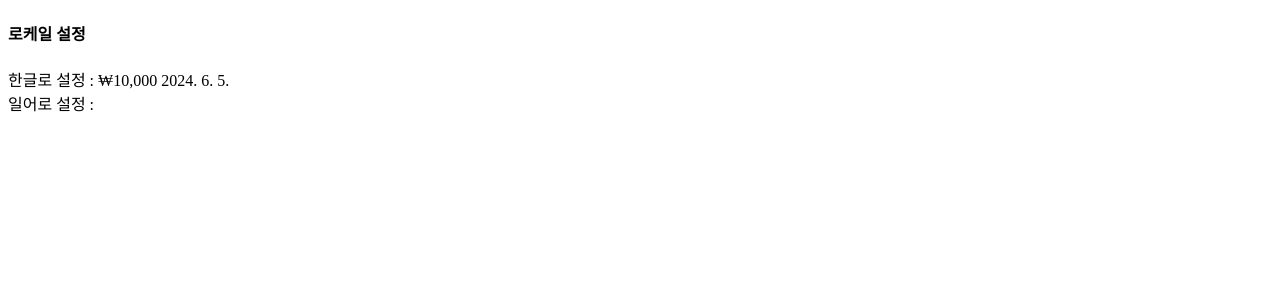
Repository: Park-Dongheon/Servlet-JSP_Training
Page: http://localhost/MustHaveJSP/11JSTL/etc/Fmt3.jsp
The author's editor kept a copy of each file at every save. The page is drawn from the files as they stood at one save, then again after the next save.
The browser window is 1280 px wide. The pictures show the whole page.
The page is served by Tomcat 10.

Above is the page before, as saved 2024-06-24 08:42:14.

After the next save:
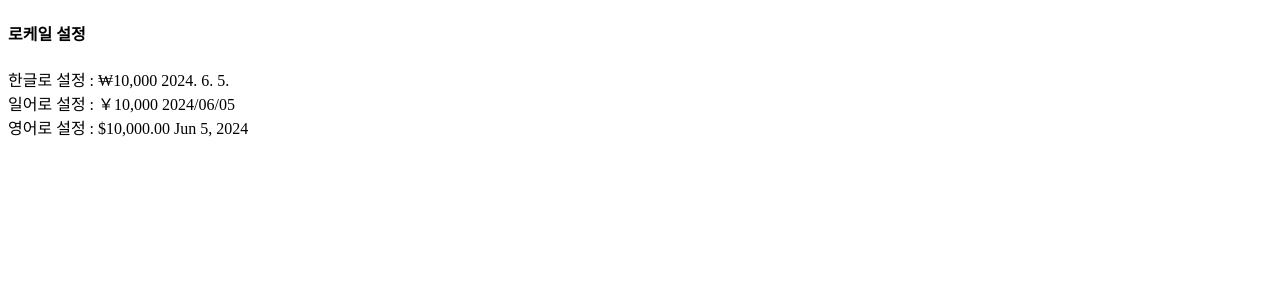
Saved 43 s later.
--- a/MustHaveJSP/src/main/webapp/11JSTL/etc/Fmt3.jsp
+++ b/MustHaveJSP/src/main/webapp/11JSTL/etc/Fmt3.jsp
@@ -15,6 +15,13 @@
 	한글로 설정 : <fmt:setLocale value="ko_kr" />
 	<fmt:formatNumber value="10000" type="currency" />
 	<fmt:formatDate value="${ today }" /><br />
+
 	일어로 설정 : <fmt:setLocale value="ja_JP" />
+	<fmt:formatNumber value="10000" type="currency" />
+	<fmt:formatDate value="${ today }" /><br />
+
+	영어로 설정 : <fmt:setLocale value="en_US" />
+	<fmt:formatNumber value="10000" type="currency" />
+	<fmt:formatDate value="${ today }" /><br />
 </body>
 </html>
